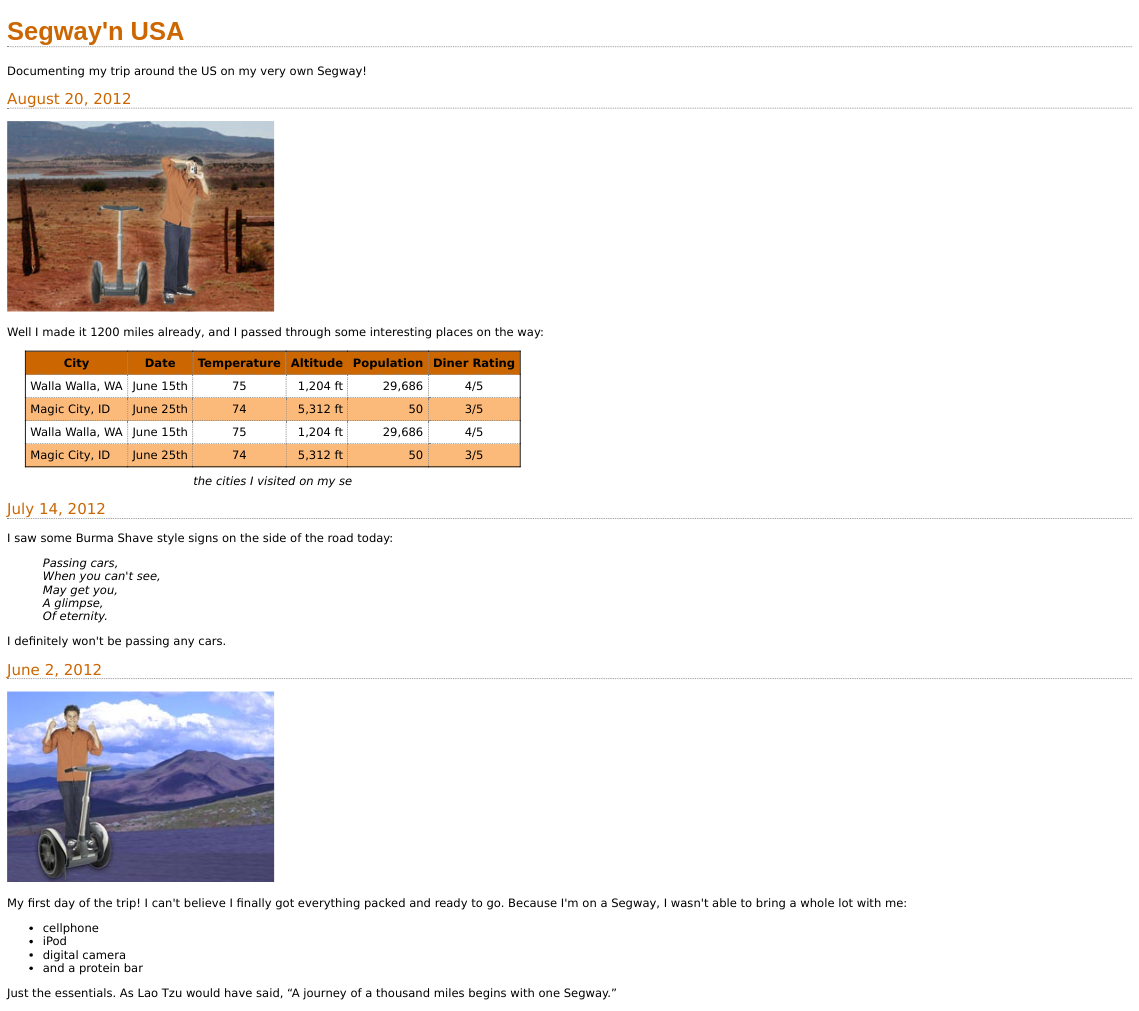
Repository: Dearning/head-first-html-css
Page: chapter13/journal/journal.html
The author's editor kept a copy of each file at every save. The page is drawn from the files as they stood at one save, then again after the next save.
The browser window is 1280 px wide. The pictures show the whole page, at 89% of full size.
Some web fonts or font styles are not loaded; a fallback is used.

Above is the page before, as saved 2021-09-29 13:10:53.

After the next save:
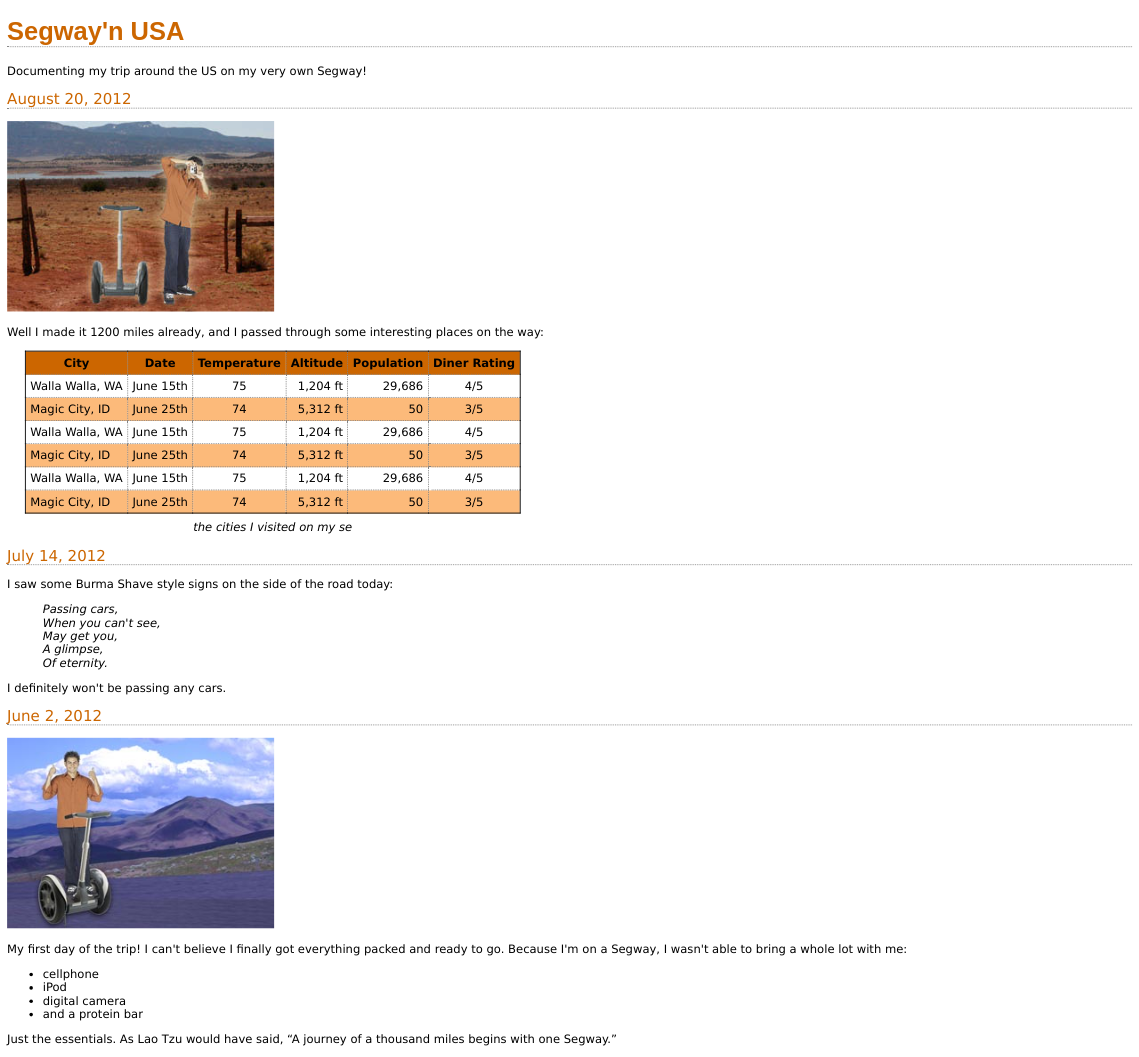
Saved 28 s later.
--- a/chapter13/journal/journal.html
+++ b/chapter13/journal/journal.html
@@ -46,6 +46,22 @@
         <td class="right">50</td>
         <td class="mid">3/5</td>
       </tr></tr>
+      <tr>
+        <td>Walla Walla, WA</td>
+        <td class="mid">June 15th</td>
+        <td class="mid">75</td>
+        <td class="right">1,204 ft</td>
+        <td class="right">29,686</td>
+        <td class="mid">4/5</td>
+      </tr>
+      <tr class="cellcolor">
+        <td>Magic City, ID</td>
+        <td class="mid">June 25th</td>
+        <td class="mid">74</td>
+        <td class="right">5,312 ft</td>
+        <td class="right">50</td>
+        <td class="mid">3/5</td>
+      </tr>
       <tr>
         <td>Walla Walla, WA</td>
         <td class="mid">June 15th</td>
